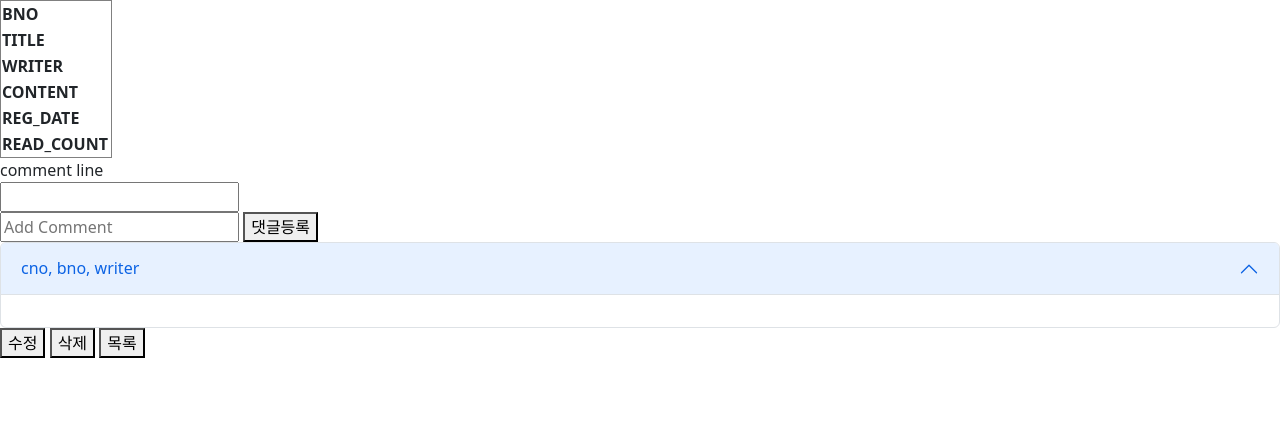
Repository: Raneechoi/java2022_09_03
Page: http://localhost/Project/board/detail.jsp
The author's editor kept a copy of each file at every save. The page is drawn from the files as they stood at one save, then again after the next save.
The browser window is 1280 px wide. The pictures show the whole page.
The page is served by Tomcat 9. Other server files are loaded and not shown. The template is opened directly, without the code that normally fills it, so the values that code supplies are empty.

Above is the page before, as saved 2022-12-05 06:17:16.
Console error: TypeError: Cannot read properties of undefined (reading 'length')

### JSP_Board&Member/Project/src/main/webapp/board/detail.jsp
<%@ page language="java" contentType="text/html; charset=UTF-8"
    pageEncoding="UTF-8"%>
<%@ taglib uri="http://java.sun.com/jsp/jstl/core" prefix="c" %>
<!DOCTYPE html>
<html>
<head>
<meta charset="UTF-8">
<title>Insert title here</title>
<!-- CSS only -->
<link href="https://cdn.jsdelivr.net/npm/bootstrap@5.2.2/dist/css/bootstrap.min.css" rel="stylesheet" integrity="sha384-Zenh87qX5JnK2Jl0vWa8Ck2rdkQ2Bzep5IDxbcnCeuOxjzrPF/et3URy9Bv1WTRi" crossorigin="anonymous">
<!-- JavaScript Bundle with Popper -->
<script src="https://cdn.jsdelivr.net/npm/bootstrap@5.2.2/dist/js/bootstrap.bundle.min.js" integrity="sha384-OERcA2EqjJCMA+/3y+gxIOqMEjwtxJY7qPCqsdltbNJuaOe923+mo//f6V8Qbsw3" crossorigin="anonymous"></script>
</head>
<body>
	<table border="1">
		<tr>
			<th>BNO</th>
			<td>${bvo.bno }</td>
		</tr>
		<tr>
			<th>TITLE</th>
			<td>${bvo.title }</td>
		</tr>
		<tr>
			<th>WRITER</th>
			<td>${bvo.writer }</td>
		</tr>
		<tr>
			<th>CONTENT</th>
			<td>${bvo.content }</td>
		</tr>
		<tr>
			<th>REG_DATE</th>
			<td>${bvo.reg_date }</td>
		</tr>
		<tr>
			<th>READ_COUNT</th>
			<td>${bvo.read_count }</td>
		</tr>
	</table>
	<div>
		comment line <br>
			<input type="text" id="cmtWriter" value="${ses.email }" readonly="readonly"> <br>
			<input type="text" id="cmtText" placeholder="Add Comment">
			<button type="button" id="cmtAddBtn">댓글등록</button>
	</div>
	<!-- 댓글 표시 영역 -->
	<div class="accordion" id="accordionExample">
		<!-- 아이템 표시 영역 -->
		  <div class="accordion-item">
		    <h2 class="accordion-header" id="headingOne">
		      <button class="accordion-button" type="button" data-bs-toggle="collapse" data-bs-target="#collapseOne" aria-expanded="true" aria-controls="collapseOne">
		        cno, bno, writer
		      </button>
		    </h2>
		    	<div id="collapseOne" class="accordion-collapse collapse show" aria-labelledby="headingOne" data-bs-parent="#accordionExample">
		      	<div class="accordion-body">
      			</div>
   			 </div>
  		</div>
	</div>

	<c:if test="${ses.email eq bvo.writer}">
		<a href="/bor/modify?bno=${bvo.bno }"><button type="submit">수정</button></a>
		<a href="/bor/remove?bno=${bvo.bno }"><button type="submit">삭제</button></a>
	</c:if>

	<a href="/bor/pageList"><button type="button">목록</button></a>

	<script type="text/javascript">
		const bnoVal = '<c:out value="${bvo.bno}"/>';
	</script>

	<script src="/resource/board_detail.js"></script>

	<script type="text/javascript">
	printCommentList(bnoVal);
	</script>

</body>
</html>

### JSP_Board&Member/Project/src/main/webapp/resource/board_detail.js
async function getCommentListFromServer(bno){  // 서버(컨트롤러)에 리스트를 달라고 요청
	try{
		const resp = await fecth('cmt/list/'+bno);  // cmt/list/260
		const cmtList = await resp.json();
		return cmtList;
	}catch(error){
		console.log(error);
	}
}

function spreadCommentList(result){  // 댓글 list
	let div = document.getElementById("accordionExample");
	div.innerHTML = '';
	for(let i = 0; i < result.length; i++){
		let html = '<div class="accordion-item">';
		html += `<h2 class="accordion-header" id="heading${i}">`;
		html += `<button class="accordion-button" type="button" data-bs-toggle="collapse"`;
		html += `data-bs-target="#collapse${i}" aria-expanded="true" aria-controls="collapse${i}">`;
		html += `${result[i].cno}, ${result[i].bno}, ${result[i].writer} </button> </h2>`;
		html += `<div id="collapse${i}" class="accordion-collapse collapse show"` ;
		html += `aria-labelledby="heading${i}" data-bs-parent="#accordionExample">`;
		html += `<div class="accordion-body">`;
		html += `<button type="button" data-cno="${result[i].cno}" class="btn btn-sm btn-outline-warning cmtModBtn"> ♪ </button> `;
		html += `<button type="button" data-cno="${result[i].cno}" class="btn btn-sm btn-outline-danger cmtDelBtn"> X </button>`;
		html += `<input type="text" class="form-control" id="cmtText" value="${result[i].content}">`;
		hrml +=	`</div> </div> </div>`;
		div.innerHTML += html;  //누적해서 담기
	}
}


function printCommentList(bno){
	getCommentListFromServer(bno).then(result => {  // cmtList
		console.log(result);
		if(result.length > 0){
			// 화면에 뿌리는 실제 로직 호출
			spreadCommentList(result);
		}else{
			let div = document.getElementById("accordionExample");
			div.innerText = "comment가 없습니다."
		}
	})
}

async function postCommentToServer(cmtData){
	try{
		const url ="/cmt/post";
		const config={
			method:'post',
			headers:{
				'Content-Type':'application/json; charset=utf-8'  // JSON방식
				// application/x-www.form-urlencoded; chareset=utf-8  쿼리스트링방식
			},
			body: JSON.stringify(cmtData)
		};
		const resp = await fetch(url, config)
		const result = await resp.text();
		return result;  // 35번 line
	}catch(error){
		console.log(error);
	}
}

document.getElementById('cmtAddBtn').addEventListener('click',()=>{
	const cmtText = document.getElementById('cmtText').value;
	console.log(cmtText);
	if(cmtText == null || cmtText==''){
		alert('댓글을 입력해주세요.');
		return false;
	}else{
		let cmtData = {
			bno : bnoVal,
			writer : document.getElementById('cmtWriter').value,
			content : cmtText
		};
		postCommentToServer(cmtData).then(result => {
			if(result > 0){
				alert("댓글등록 성공!!!");
				document.getElementById('cmtText').value = "";
			}
			printCommentList(cmtData.bno);
		})
	}
})

After the next save:
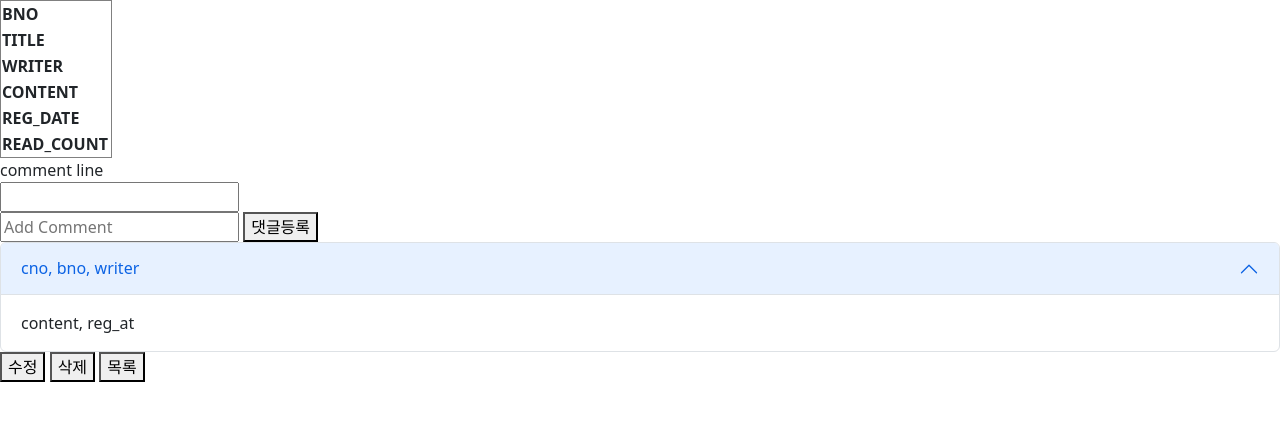
Saved 36 s later.
--- a/JSP_Board&Member/Project/src/main/webapp/board/detail.jsp
+++ b/JSP_Board&Member/Project/src/main/webapp/board/detail.jsp
@@ -54,10 +54,11 @@
 		      </button>
 		    </h2>
 		    	<div id="collapseOne" class="accordion-collapse collapse show" aria-labelledby="headingOne" data-bs-parent="#accordionExample">
-		      	<div class="accordion-body">
-      			</div>
-   			 </div>
-  		</div>
+		      		<div class="accordion-body">
+		      			content, reg_at
+      				</div>
+   			 	</div>
+  			</div>
 	</div>
 
 	<c:if test="${ses.email eq bvo.writer}">
